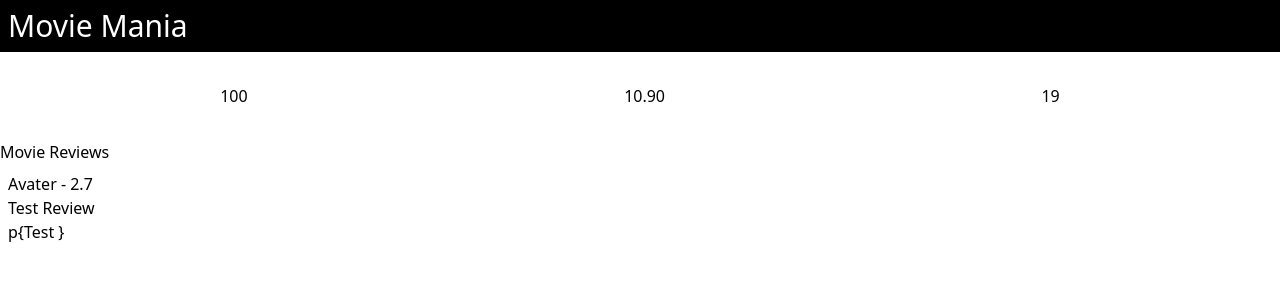
Repository: mdsajib50/Movie-Mania
Page: src/index.html
An editor plug-in stored every save of this project. The page is shown before and after a run of saves, followed by the edit.
The browser window is 1280 px wide. The pictures show the whole page.

Above is the page before, as saved 2025-03-07 15:06:24.

After the next 5 saves:
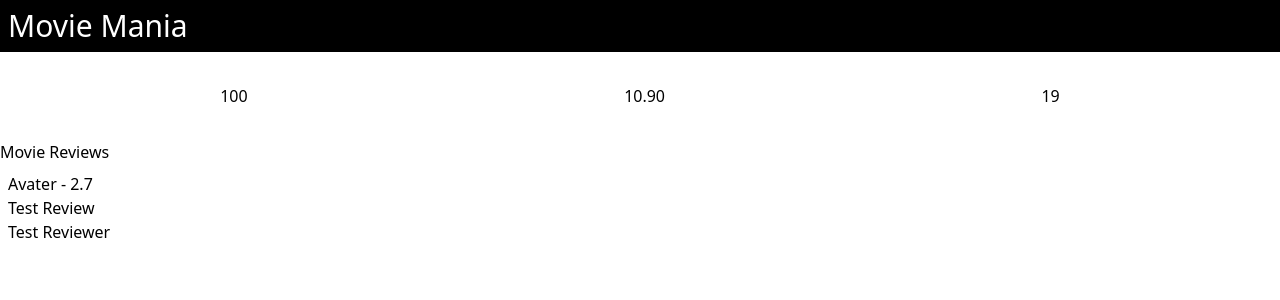
The 5 saves are shown as one change because they came seconds apart.
The last was saved 22 s later.
--- a/src/index.html
+++ b/src/index.html
@@ -24,7 +24,7 @@
                 <li class="card my-2 p-2">
                     <p>Avater - 2.7</p>
                     <p>Test Review</p>
-                    p{Test }
+                    <p>Test Reviewer</p>
                 </li>
             </ul>
         </div>
